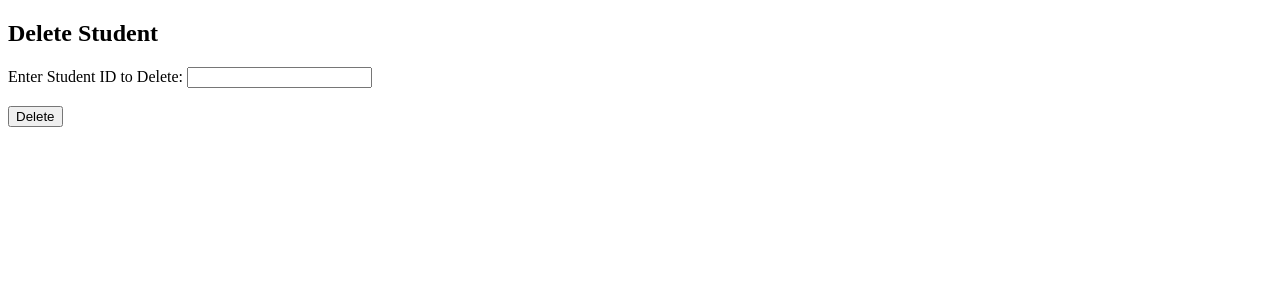
Repository: kushwahshivam/Student-Management-System
Page: http://localhost/Student_Management/delete-student.jsp
An editor plug-in stored every save of this project. The page is shown before and after the next save, followed by the edit.
The browser window is 1280 px wide. The pictures show the whole page.
The page is served by Tomcat 10. Nobody is signed in. The application's start-up code is not run. Other server files are loaded and not shown.

Above is the page before, as saved 2025-04-29 12:21:18.

### Student_Management/src/main/webapp/delete-student.jsp
<%@ page language="java" contentType="text/html; charset=UTF-8" pageEncoding="UTF-8"%>
<!DOCTYPE html>
<html>
<head>
    <meta charset="UTF-8">
    <title>Delete Student</title>
</head>
<body>
    <h2>Delete Student</h2>
    <form action="deleteStudent" method="post">
        <label for="id">Enter Student ID to Delete:</label>
        <input type="text" id="id" name="id" required>
        <br><br>
        <input type="submit" value="Delete">
    </form>
</body>
</html>

### Student_Management/src/main/webapp/css/style.css
body {
	font-family: Arial, sans-serif;
	background-color: #f4f4f4;
	margin: 20px;
}

h1,
h2 {
	color: #333;
}

a {
	text-decoration: none;
	color: #007BFF;
	margin-right: 10px;
}

a:hover {
	text-decoration: underline;
}

table {
	width: 80%;
	margin-top: 20px;
	border-collapse: collapse;
}

table,
th,
td {
	border: 1px solid #bbb;
}

th,
td {
	padding: 10px;
	text-align: center;
}

form {
	background-color: #fff;
	padding: 20px;
	width: 400px;
	box-shadow: 0px 0px 10px 0px #aaa;
}

input[type="text"],
input[type="email"] {
	width: 100%;
	padding: 8px;
	margin-bottom: 10px;
}

input[type="submit"] {
	background-color: #28a745;
	color: #fff;
	padding: 10px;
	border: none;
	width: 100%;
	cursor: pointer;
}

input[type="submit"]:hover {
	background-color: #218838;
}

After the next save:
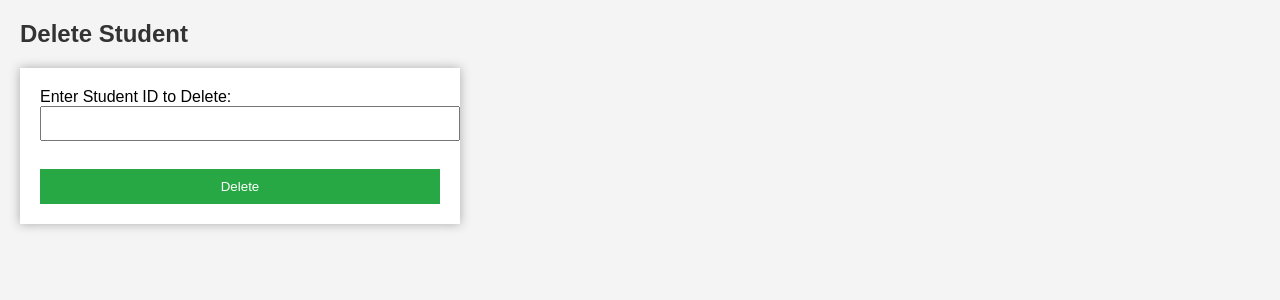
Saved 68 s later.
--- a/Student_Management/src/main/webapp/delete-student.jsp
+++ b/Student_Management/src/main/webapp/delete-student.jsp
@@ -2,6 +2,8 @@
 <!DOCTYPE html>
 <html>
 <head>
+	<link rel="stylesheet" type="text/css" href="css/style.css">
+
     <meta charset="UTF-8">
     <title>Delete Student</title>
 </head>
